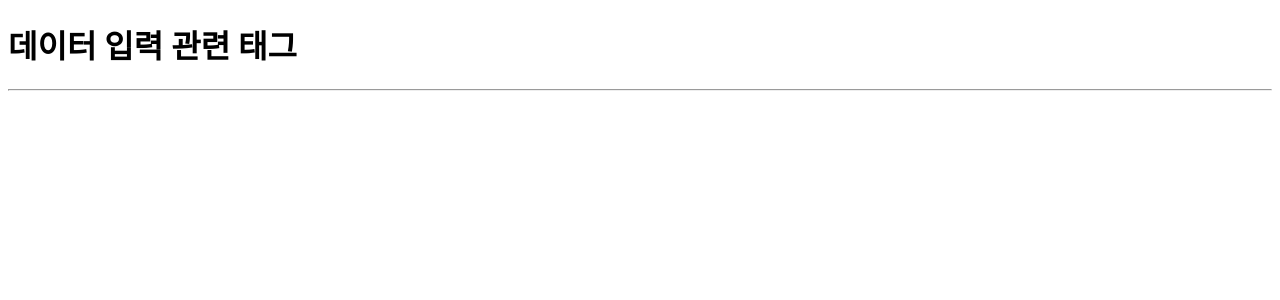
Repository: jp0301/WebStudy
Page: WebApp01/WebContent/Test004.html
These files come from the project's save history. The page is drawn as it stood at one moment and after the next save; the edit follows.
The browser window is 1280 px wide. The pictures show the whole page.

Above is the page before, as saved 2022-09-26 08:28:50.

### WebApp01/WebContent/Test004.html
<!DOCTYPE html>
<html>
<head>
<meta charset="UTF-8">
<title>Test004.html</title>
</head>


<body>
	<div>

		<h1>데이터 입력 관련 태그</h1>
		<hr>
	</div>

	<div>

	</div>

</body>


</html>

After the next save:
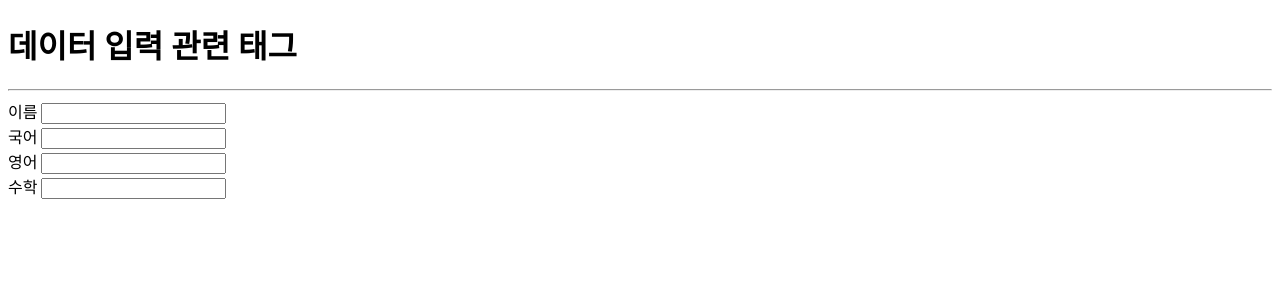
Saved 2 min 8 s later.
--- a/WebApp01/WebContent/Test004.html
+++ b/WebApp01/WebContent/Test004.html
@@ -14,7 +14,13 @@
 	</div>
 
 	<div>
-
+		<form>
+			이름 <input type="text"><br>
+			국어 <input type="text"><br>
+			영어 <input type="text"><br>
+			수학 <input type="text"><br>
+			<br>
+		</form>
 	</div>
 
 </body>
